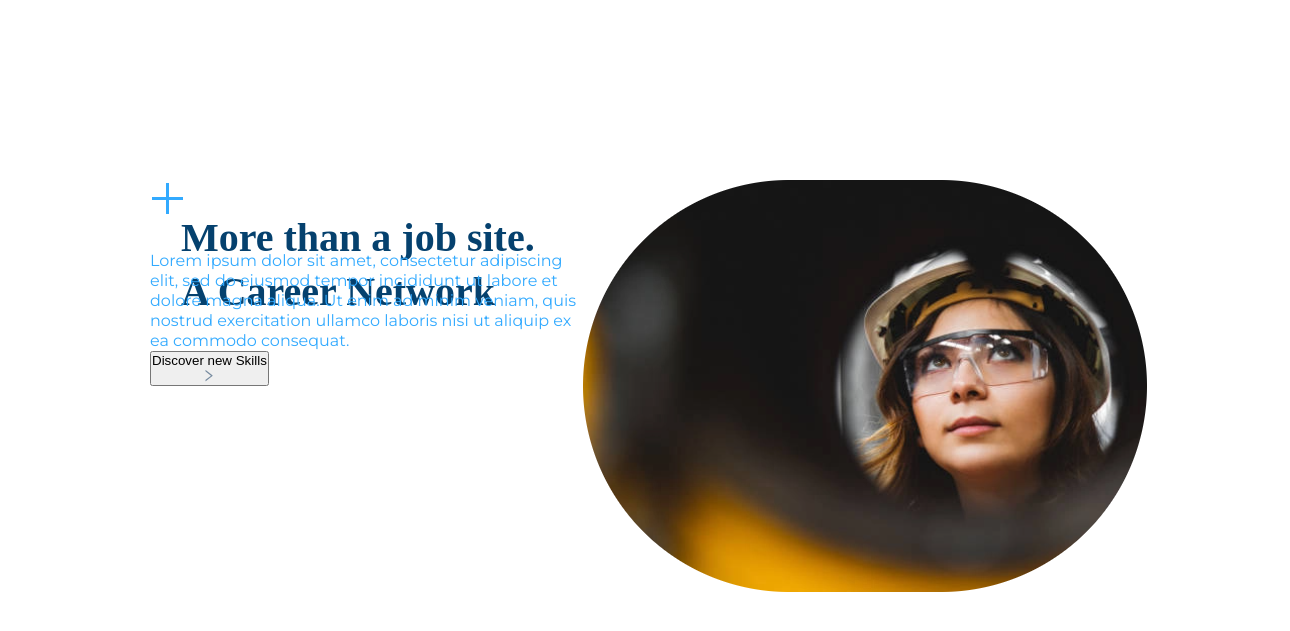
Repository: shekharyadav638/OSL_Assignment_1
Page: index.html
These files come from the project's save history. The page is drawn as it stood at one moment and after the next save; the edit follows.
The browser window is 1280 px wide. The page is 1290 px wide, so the pictures cover 1290 px, including what lies to the right of the window. The pictures show the whole page.
The style sheet was rebuilt from its Sass, Less or Tailwind sources for each picture, by a compiler version that may differ from the author's.

Above is the page before, as saved 2024-07-14 22:39:03.

After the next save:
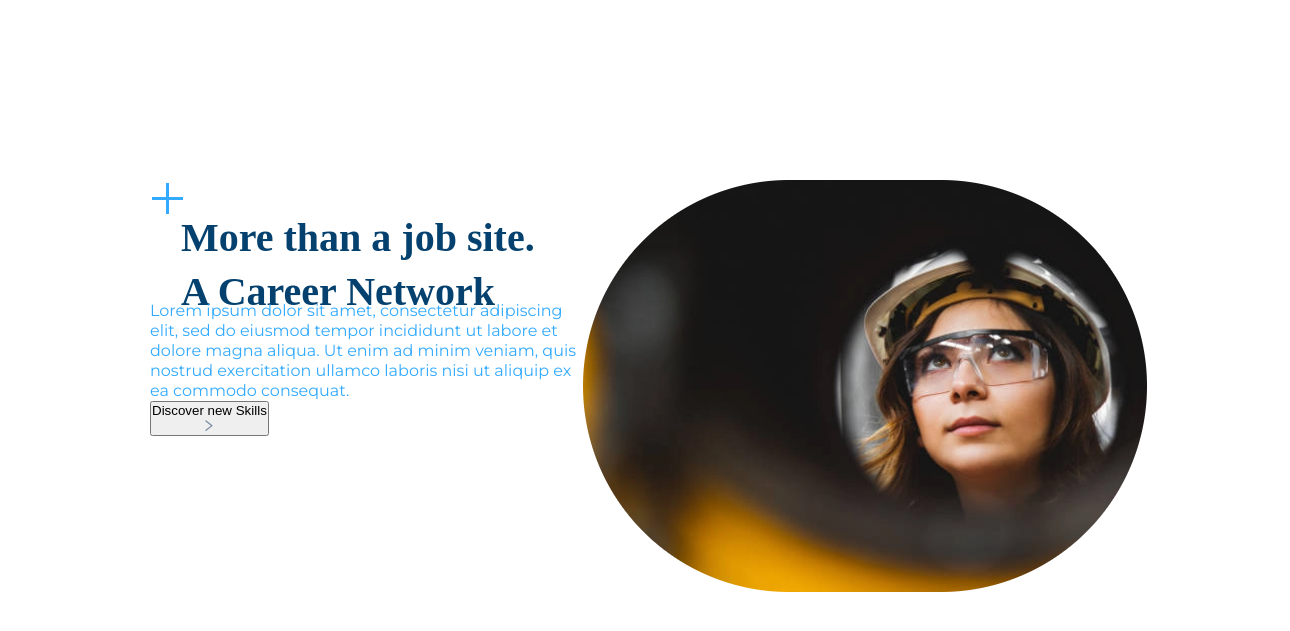
Saved 23 s later.
--- a/_career.scss
+++ b/_career.scss
@@ -29,6 +29,7 @@
     }
 
     &_para {
+      padding-top: 50px;
       width: 432px;
       height: 100px;
       & p {
